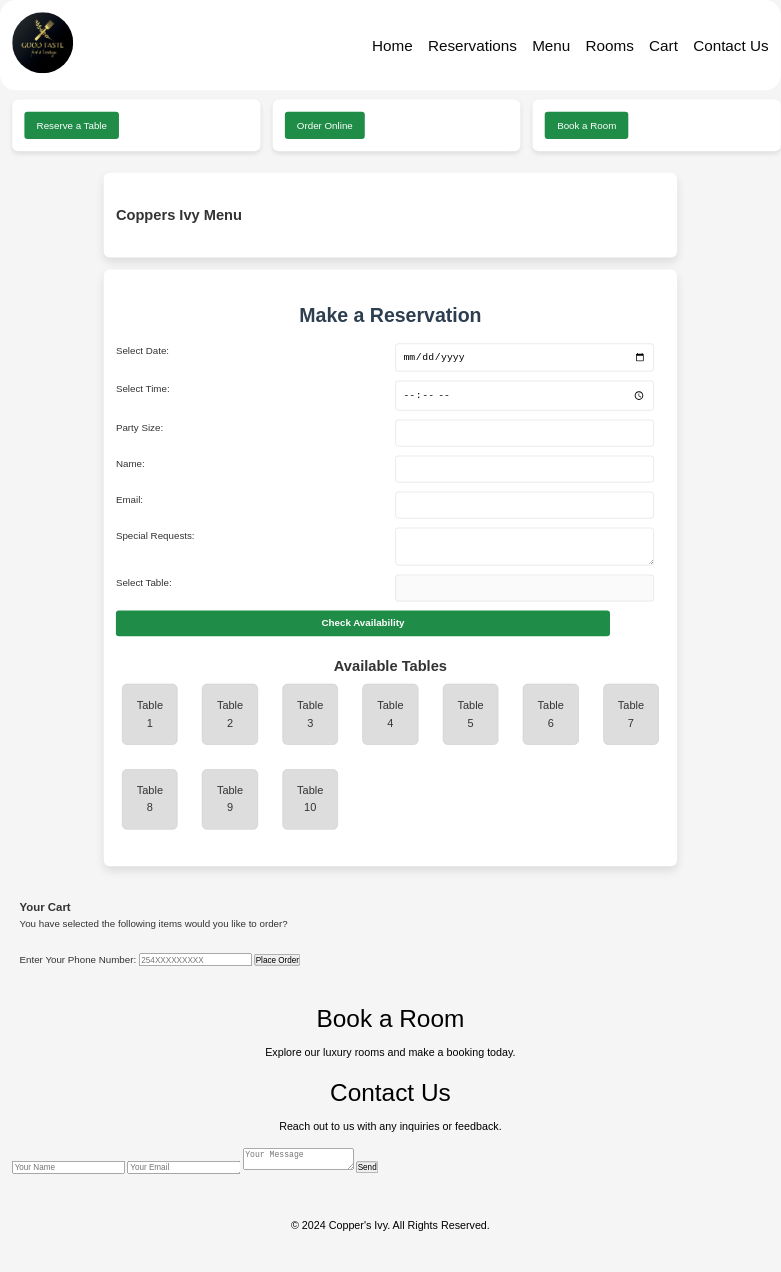
Repository: malingubarnice/Online-Reservation-System
Page: index.html
These files come from the project's save history. The page is drawn as it stood at one moment and after the next save; the edit follows.
The browser window is 1280 px wide. The pictures show the whole page, at 61% of full size.

Above is the page before, as saved 2025-02-08 17:49:14.

### index.html
<!DOCTYPE html>
<html lang="en">
<head>
  <meta charset="UTF-8">
  <meta name="viewport" content="width=device-width, initial-scale=1.0">
  <title>Copper's Ivy Integrated Suite</title>
  <link rel="stylesheet" href="styles.css">
</head>



<body>
  <!-- Navigation Bar -->
  <header>
    <div class="logo">
      <img src="assets/logo.jpg" alt="Copper Ivy Logo">
    </div>
    <nav class="navbar">
      <ul>
        <li><a href="#menu">Home</a></li>
        <li><a href="#reservations">Reservations</a></li>
        <li><a href="#menu">Menu</a></li>
        <li><a href="#rooms">Rooms</a></li>
        <li><a href="#cart">Cart</a></li>
        <li><a href="#contact">Contact Us</a></li>
      </ul>
    </nav>
  </header>



  <!-- Features Section -->
  <section class="features">
    <div class="feature">
      <a href="#reservations" class="btn">Reserve a Table</a>
    </div>
    <div class="feature">
      <a href="#menu" class="btn">Order Online</a>
    </div>
    <div class="feature">
      <a href="#rooms" class="btn">Book a Room</a>
    </div>
  </section>

  <!-- Menu Section -->
  <section id="menu">
    <h1>Coppers Ivy Menu</h1>
    <div class="menu-items">
      <!-- Menu items dynamically loaded -->
    </div>
  </section>








  <!-- Reservations Section -->
<section id="reservations">
    <h1>Make a Reservation</h1>
    <div class="reservation-form">
      <form action="send.php" method="post">
        <label for="date">Select Date:</label>
        <input type="date" id="date" name="date" required>

        <label for="time">Select Time:</label>
        <input type="time" id="time" name="time" required>

        <label for="party-size">Party Size:</label>
        <input type="number" id="party-size" name="party-size" min="1" max="20" required>

        <label for="customer-name">Name:</label>
        <input type="text" id="customer-name" name="customer-name" required>

        <label for="contact-info">Email:</label>
        <input type="text" id="contact-info" name="contact-info" required>

        <label for="special-requests">Special Requests:</label>
        <textarea id="special-requests" name="special-requests"></textarea>

        <label for="selected-table">Select Table:</label>
        <input type="text" id="selected-table" name="selected-table" disabled>

        <button type="submit" class="reserve-btn">Check Availability</button>
    </form>


    </div>

    <!-- Table Layout Section -->
    <div class="table-layout">
        <h2>Available Tables</h2>
        <div class="tables">
            <!-- Table icons dynamically loaded -->
        </div>
    </div>
</section>




    <!-- Order Section -->
    <section id="order-online">
        <!-- Menu Items -->
        <div class="menu-items">
            <!-- Menu items dynamically loaded from the backend -->
        </div>


  <!-- Cart Section -->
    <section id="cart">
      <h1>Your Cart</h1>
      <p>You have selected the following items would you like to order?</p>
      <div class="cart-items">
        <!-- Cart items dynamically loaded -->
      </div>
  </section>
        <!-- Order Form -->
        <div class="order-form">
            <div class="order-list">
                <!-- Dynamically added ordered items will appear here -->
            </div>

            <!-- Phone number input (used for STK Push) -->
            <label for="phone">Enter Your Phone Number:</label>
            <input type="text" id="phone" placeholder="254XXXXXXXXX">
            <button class="place-order-btn">Place Order</button>
        </div>
    </section>




<!-- Rooms Section -->
<section id="rooms">
  <h1>Book a Room</h1>
  <p>Explore our luxury rooms and make a booking today.</p>

  <div class="room-list">
    <!-- Room cards dynamically loaded -->
  </div>

  <!--A Booking Form-->
<!-- Booking form (initially hidden) -->

<div class="booking-form hidden">
  <form action="send_room.php" method="post" id="room-booking-form">
      <input type="hidden" id="room_id" name="room_id">  <!-- Hidden input for room ID -->
      <label for="room-selection">Room</label>
      <input type="text" id="room-selection" name="room_name" readonly>

      <label for="check-in-date">Check-in Date</label>
      <input type="date" id="check-in-date" name="check_in_date" required>

      <label for="check-out-date">Check-out Date</label>
      <input type="date" id="check-out-date" name="check_out_date" required>

      <label for="guest-count">Number of Guests</label>
      <input type="number" id="guest-count" name="guest_count" min="1" required>

      <label for="contact-info">Contact Information</label>
      <input type="text" id="contact-info" name="contact-info" placeholder="Enter your contact info" required>

      <p id="price"></p>

      <button type="submit">Book Room</button>
  </form>
</div>






  <!-- Contact Section -->
  <section id="contact">
    <h1>Contact Us</h1>
    <p>Reach out to us with any inquiries or feedback.</p>
    <form action="https://formsubmit.co/abe6aa3a3e17f53c98754b49282f4908" method="POST" class="contact-form" >
      <input type="text" name="name" placeholder="Your Name" required>
      <input type="email" name="email" placeholder="Your Email" required>
      <textarea name="message" placeholder="Your Message" required></textarea>
      <button type="submit">Send</button>
  </form>

  </section>

  <!-- Footer -->
  <footer>
    <p>&copy; 2024 Copper's Ivy. All Rights Reserved.</p>
  </footer>


  <script src="https://cdn.botpress.cloud/webchat/v2.2/inject.js"></script>
  <script src="https://files.bpcontent.cloud/2024/12/05/06/20241205062412-612LYK8G.js"></script>

  <!-- External JavaScript -->
  <script src="https://code.jquery.com/jquery-3.6.0.min.js"></script>
  <script>
    $(document).ready(function() {
      $(".place-order-btn").click(function() {
        // Get the phone number from the input field
        var phone = $("#phone").val();

        // Validate the phone number input
        if (!phone || phone.length !== 12 || !phone.startsWith('254')) {
          alert("Please enter a valid phone number starting with '254'.");
          return;
        }

        var amount = 1;  // Amount to be charged (1 shilling for your project)

        // Send AJAX request to PHP for triggering STK Push
        $.ajax({
          url: 'stkpush.php',  // PHP file that processes STK Push
          type: 'POST',
          data: {
            phone: phone,
            amount: amount
          },
          success: function(response) {
            alert("STK Push initiated! Response: " + response);
          },
          error: function() {
            alert("Error initiating STK Push.");
          }
        });
      });
    });
  </script>




  <script src="script.js"></script>
</body>
</html>

### styles.css
/* General Reset */
body, h1, h2, p, ul, li, a, button {
    margin: 0;
    padding: 0;
    box-sizing: border-box;
}

/* Body and Layout */
body {
    font-family: 'Arial', sans-serif;
    line-height: 1.6;
    background-color: #f5f5f5;
    color: #333;
}

/* Header */
header {
    display: flex;
    justify-content: space-between;
    align-items: center;
    padding: 20px;
    background: white;
    color: #fff;
    border-bottom: 2px solid #c4ccd4;
    border-radius: 26px;
    border-style: none;
}

header .logo img {
    height: 100px;
    border-radius: 50px;
}

header nav ul {
    display: flex;
    list-style: none;
}

header nav ul li {
    margin-left: 25px;
}

header nav ul li a {
    color: rgb(10, 10, 10);
    text-decoration: none;
    font-size: 25px;
    font-weight: 500;
    transition: color 0.3s;
}

header nav ul li a:hover {
    color: #eb2630;
}




/* Container for Features Section */
.features {
    display: flex;
    justify-content: flex-start;
    align-items: flex-start;
    flex-direction: row;  /* This will place the features next to each other */
    gap: 20px;  /* Adds space between each feature box */
    margin-left: 20px;  /* Adjust the space from the left */
  }

  /* Individual Feature Box */
  .feature {
    background-color: #fff;
    padding: 20px;
    margin-bottom: 15px;
    margin-top: 15px;
    box-shadow: 0 4px 8px rgba(0, 0, 0, 0.1);
    border-radius: 10px;
    flex: 1;  /* Makes each feature box take equal width */
  }

  /* Feature Header */
  .feature h2 {
    font-size: 22px;
    margin-bottom: 10px;
  }

  /* Feature Description */
  .feature p {
    font-size: 16px;
    color: white;
  }

  /* Optional: Adjusting feature links */
  .feature a {
    display: inline-block;
    background-color: #1f8c47;
    color: #fff;
    padding: 10px 20px;
    border-radius: 5px;
    text-decoration: none;
    transition: background-color 0.3s;
  }

  .feature a:hover {
    background-color: #27ae60;
  }




/* Reservations Section */
#reservations {
    padding: 50px 20px;
    background: #fff;
    margin: 20px auto;
    max-width: 900px;
    box-shadow: 0 8px 16px rgba(0, 0, 0, 0.1);
    border-radius: 10px;
}

#reservations h1 {
    font-size: 32px;
    margin-bottom: 20px;
    text-align: center;
    color: #2c3e50;
}

.reservation-form form {
    display: grid;
    grid-template-columns: 1fr 1fr;
    gap: 15px;
    margin-bottom: 30px;
}

.reservation-form label {
    font-size: 16px;
    color: #333;
}

.reservation-form input,
.reservation-form textarea,
.reserve-btn {
    padding: 12px;
    border: 1px solid #ddd;
    border-radius: 5px;
    font-size: 16px;
    transition: border-color 0.3s;
    width: 90%;
}

.reservation-form input:focus,
.reservation-form textarea:focus {
    border-color: #27ae60;
}

.reserve-btn {
    background-color: #1f8c47;
    color: #fff;
    font-weight: bold;
    cursor: pointer;
    border: none;
    transition: background-color 0.3s;
    grid-column: span 2;
}

.reserve-btn:hover {
    background-color: #07e262;
}

/* Table Layout */
.table-layout {
    margin-top: 20px;
    text-align: center;
}

.tables {
    display: grid;
    grid-template-columns: repeat(auto-fill, minmax(100px, 1fr));
    gap: 20px;
}

.tables .table {
    background-color: #ddd;
    padding: 20px;
    text-align: center;
    font-size: 18px;
    border-radius: 8px;
    cursor: pointer;
    transition: transform 0.3s, background-color 0.3s;
}

.tables .table:hover {
    transform: scale(1.1);
    background-color: #27ae60;
    color: #fff;
}




/* Menu Section */
#menu {
    padding: 50px 20px;
    background: #fff;
    margin: 20px auto;
    max-width: 900px;
    box-shadow: 0 8px 16px rgba(0, 0, 0, 0.1);
    border-radius: 10px;
}

.menu-items {
    display: grid;
    grid-template-columns: repeat(auto-fill, minmax(250px, 1fr));
    gap: 20px;
}

.menu-items .menu-item {
    background: #f4f4f4;
    padding: 20px;
    border-radius: 8px;
    box-shadow: 0 4px 8px rgba(0, 0, 0, 0.1);
    text-align: center;
    transition: transform 0.3s;
}

.menu-items .menu-item:hover {
    transform: scale(1.05);
    box-shadow: 0 8px 16px rgba(0, 0, 0, 0.2);
}

.menu-items img {
    max-width: 100%;
    border-radius: 5px;
}

/* Targeting buttons inside the #menu section */
#menu button {
    width: 100%;
    padding: 12px;
    background: #1f8c47;
    color: white;
    font-size: 16px;
    border: none;
    border-radius: 8px;
    cursor: pointer;
    transition: 0.3s;
}

#menu button:hover {
    background: #27ae60;
}


/* Footer */
footer {
    text-align: center;
    padding: 20px;
    background-color: whitesmoke;
    color: #fff;
    margin-top: 50px;
}

/* Responsive Design */
@media (max-width: 768px) {
    .features {
        flex-direction: column;
        align-items: center;
    }

    .feature {
        width: 100%;
        margin-bottom: 30px;
    }

    .reservation-form {
        grid-template-columns: 1fr;
    }

    .tables {
        grid-template-columns: 1fr 1fr;
    }

    .menu-items {
        grid-template-columns: 1fr 1fr;
    }
}

@media (max-width: 480px) {
    header {
        flex-direction: column;
        align-items: flex-start;
    }

    header nav ul {
        flex-direction: column;
        gap: 10px;
    }

    .hero h1 {
        font-size: 28px;
    }

    .hero p {
        font-size: 18px;
    }
}

/* Style for available tables */
.table {
    padding: 10px;
    margin: 10px;
    border: 1px solid #ccc;
    cursor: pointer;
    display: inline-block;
}

/* Highlight the selected table */
.table.selected {
    background-color: #4CAF50; /* Green background */
    color: white;
    border: 2px solid #fff;
}

/*stying order online section*/
#order-online {
    padding: 2rem;
}

.menu-item {
    border: 1px solid #ddd;
    margin: 1rem;
    padding: 1rem;
    text-align: center;
}
.order-form {
    margin-top: 2rem;
}
.order-total {
    font-weight: bold;
    margin-top: 1rem;
}


/*styling rooms*/
/* General styling for the Rooms Section */
#rooms {
    font-family: Arial, sans-serif;
    padding: 20px;
    background-color: #f5f5f5;
}

#rooms h1 {
    text-align: center;
    color: #333;
    font-size: 2.5rem;
    margin-bottom: 10px;
}

#rooms p {
    text-align: center;
    font-size: 1.1rem;
    color: #666;
    margin-bottom: 20px;
}

/* Room Listings */
.room-listings {
    display: grid;
    grid-template-columns: repeat(auto-fill, minmax(250px, 1fr));
    gap: 20px;
    margin-bottom: 30px;
}

.room-card {
    background-color: white;
    border-radius: 8px;
    box-shadow: 0 4px 6px rgba(0, 0, 0, 0.1);
    padding: 15px;
    text-align: center;
    transition: transform 0.3s ease-in-out;
}

.room-card:hover {
    transform: translateY(-5px);
}

.room-card img {
    width: 100%;
    height: 180px;
    object-fit: cover;
    border-radius: 8px;
}

.room-card h3 {
    font-size: 1.5rem;
    color: #333;
    margin: 15px 0;
}

.room-card p {
    font-size: 1.1rem;
    color: #777;
}

.room-card .price {
    font-size: 1.2rem;
    font-weight: bold;
    color: #1f8c47;
    margin-top: 10px;
}

.room-card button {
    background-color: #1f8c47;
    color: white;
    padding: 10px 15px;
    font-size: 1rem;
    border: none;
    border-radius: 5px;
    cursor: pointer;
    transition: background-color 0.3s;
}

.room-card button:hover {
    background-color: #07e262;
}


/* New class for hiding the form */
.booking-form.hidden {
    display: none;
}

/* Booking Form Styling */
.booking-form {
    background-color: white;
    padding: 20px;
    border-radius: 8px;
    box-shadow: 0 4px 6px rgba(0, 0, 0, 0.1);
    width: 70%;
    max-width: 600px;
    margin: 0 auto;
}

.booking-form h2 {
    text-align: center;
    color: #333;
    font-size: 2rem;
    margin-bottom: 15px;
}

.booking-form form {
    display: flex;
    flex-direction: column;
    gap: 15px;
}

.booking-form label {
    font-size: 1.1rem;
    color: #333;
}

.booking-form select,
.booking-form input {
    padding: 10px;
    font-size: 1rem;
    border: 1px solid #ccc;
    border-radius: 5px;
    width: 100%;
}

.booking-form button {
    background-color: #1f8c47;
    color: white;
    padding: 12px 20px;
    font-size: 1.1rem;
    border: none;
    border-radius: 5px;
    cursor: pointer;
    transition: background-color 0.3s;
}

.booking-form button:hover {
    background-color: #27ae60;
}

/* Confirmation Message */
#confirmation-message {
    font-size: 1.2rem;
    color: #333;
    margin-top: 20px;
    text-align: center;
    display: none; /* Hidden initially */
}

#confirmation-message.success {
    color: #4caf50;
}

#confirmation-message.error {
    color: #f44336;
}



/* Container for styling the rooms */
.room-list {
    display: flex;
    flex-wrap: wrap; /* Allows room cards to wrap to the next line when necessary */
    justify-content: center; /* Centers the room cards horizontally */
    gap: 20px; /* Adds space between cards */
    max-width: 80%; /* Makes the container occupy 80% of the page */
    margin: 0 auto; /* Centers the container horizontally */
}

/* Individual room card */
.room-card {
    width: 30%; /* Makes each card take up about 30% of the container's width */
    max-width: 300px; /* Optional: Set a max width for the cards */
    margin: 10px;
    padding: 15px;
    text-align: center;
    box-shadow: 0 4px 8px rgba(0, 0, 0, 0.1);
    background-color: #fff;
    border-radius: 10px;
    box-sizing: border-box;
}

/* Image inside room card */
.room-card img {
    width: 100%; /* Ensures the image stretches across the container */
    height: auto; /* Keeps aspect ratio intact */
    object-fit: contain; /* Ensures the full image is visible */
}

@media (max-width: 768px) {
    .room-card {
        width: 100%; /* Makes room cards stack on smaller screens */
    }
}

/* Target the specific booking room section and make the font weight lighter */
#rooms {
    color: black; /* Keeps the text color black */
    font-weight: lighter; /* Makes the font weight lighter */
}

/* Target the room cards within the booking room section */
#rooms .room-card {
    color: black; /* Ensures room card text is black */
    font-weight: lighter; /* Makes the room card text lighter */
}

/* You can also target specific elements like titles and descriptions, if necessary */
#rooms h1, #rooms p, #rooms .room-name, #rooms .room-description {
    color: black; /* Sets the text to black */
    font-weight: lighter; /* Reduces the font weight */
}

Loaded but not shown: script.js (303 lines, source omitted)

After the next save:
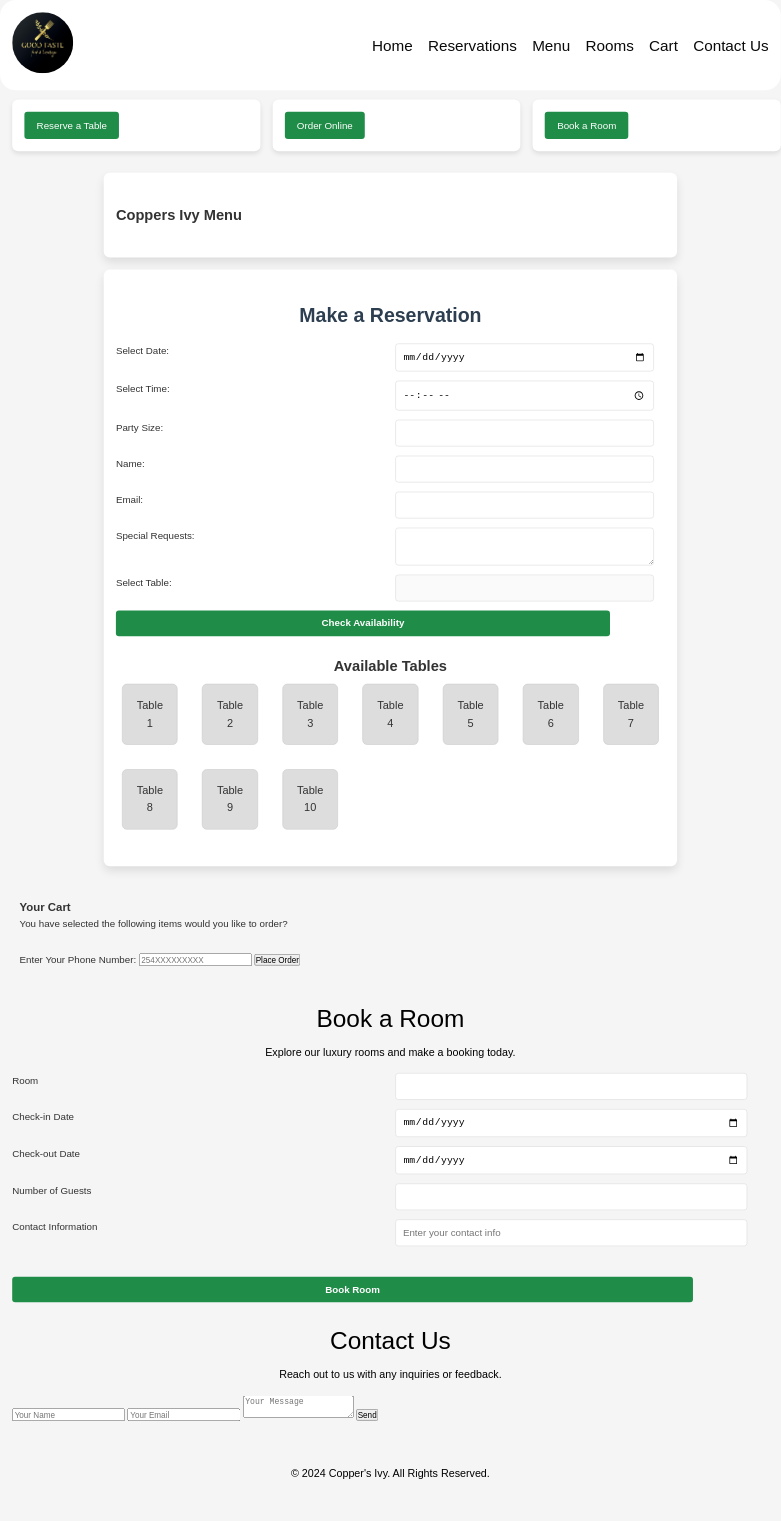
Saved 4 min 43 s later.
--- a/index.html
+++ b/index.html
@@ -145,9 +145,11 @@
   <!--A Booking Form-->
 <!-- Booking form (initially hidden) -->
 
-<div class="booking-form hidden">
+<div class="reservation-form">
   <form action="send_room.php" method="post" id="room-booking-form">
-      <input type="hidden" id="room_id" name="room_id">  <!-- Hidden input for room ID -->
+      <!-- Hidden input for room ID -->
+      <input type="hidden" id="room_id" name="room_id">
+
       <label for="room-selection">Room</label>
       <input type="text" id="room-selection" name="room_name" readonly>
 
@@ -165,7 +167,7 @@
 
       <p id="price"></p>
 
-      <button type="submit">Book Room</button>
+      <button type="submit" class="reserve-btn">Book Room</button>
   </form>
 </div>
 
